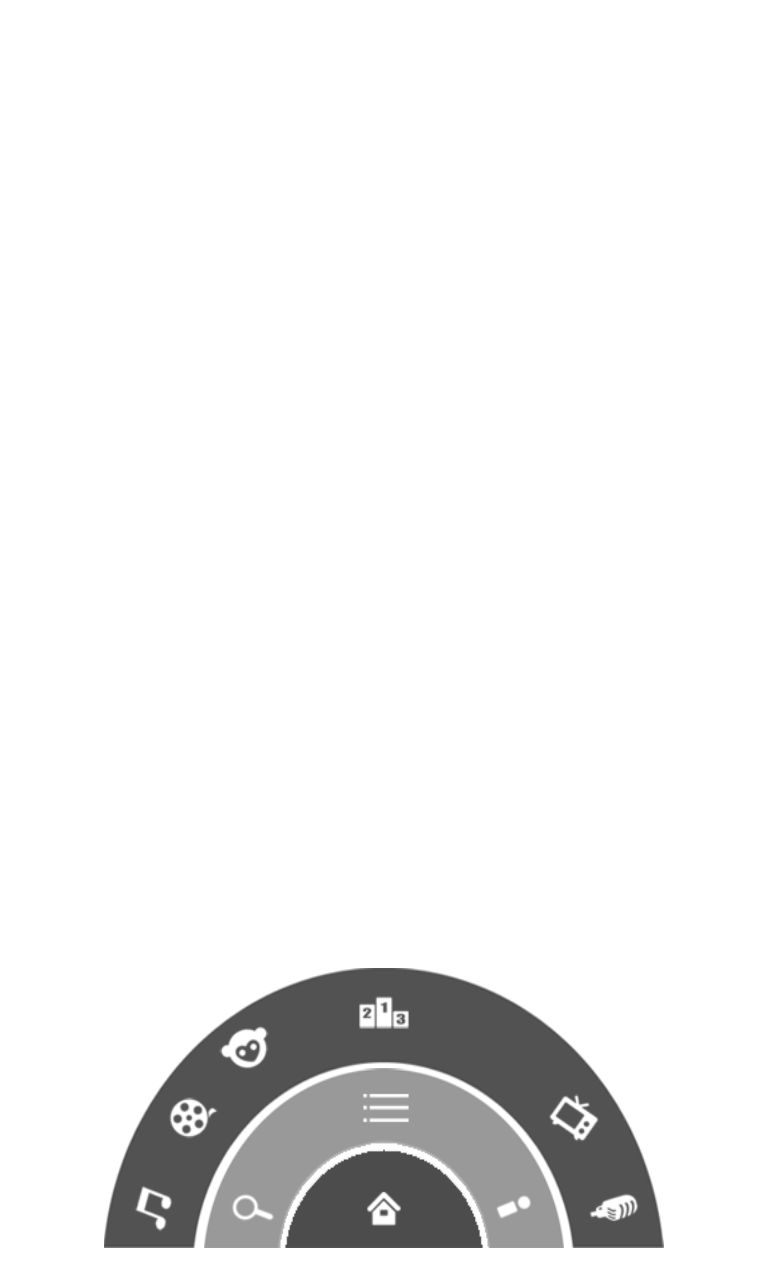
Repository: xfhy/Usually-learn-Android
Layout: 自定义控件/02_优酷菜单/res/layout/activity_main.xml
The author's editor kept a copy of each file at every save. The layout is drawn from the files as they stood at one save, then again after a run of saves.
It is drawn on a 768 x 1280 px phone screen (xhdpi) without system bars, with theme AppTheme; the app's code is not run. The app's manifest (not shown) leaves right-to-left support off. So textAlignment, textDirection and layoutDirection are ignored, and left and right values win over start and end ones.

Above is the layout before, as saved 2017-03-29 01:47:29.

After the next 2 saves:
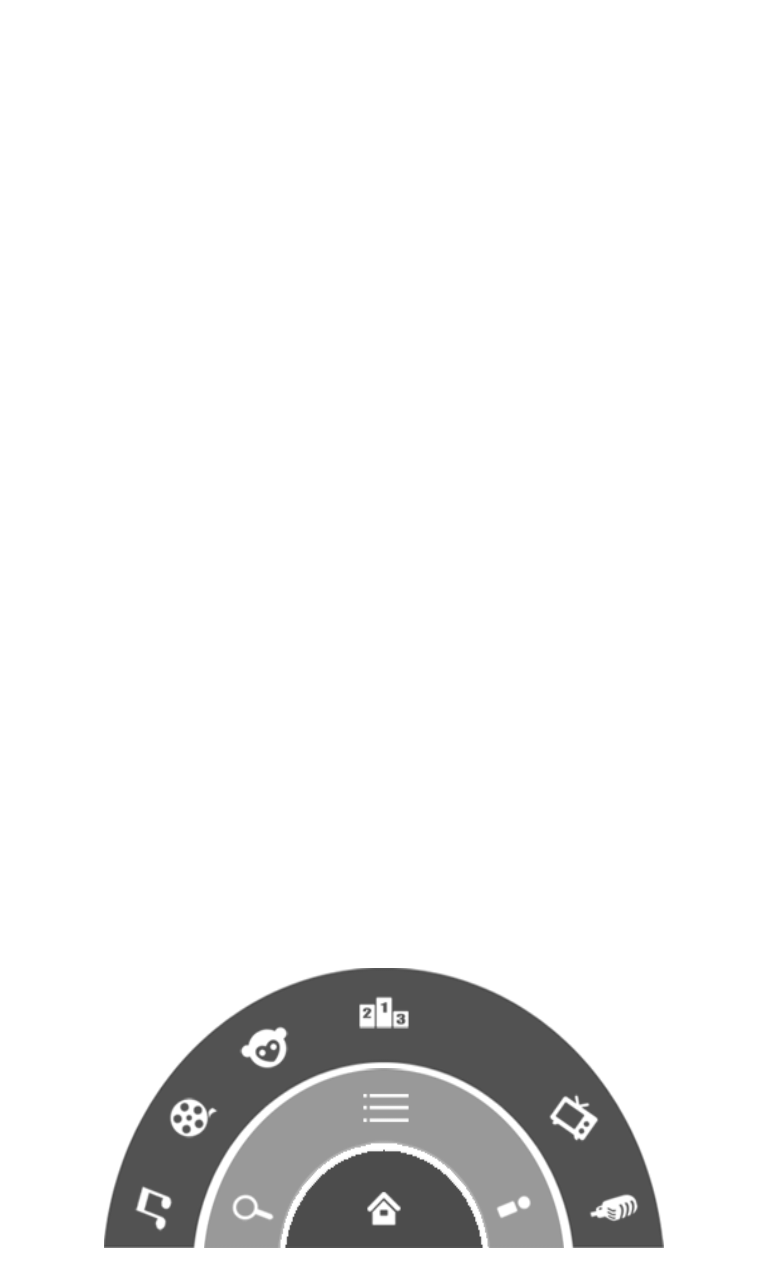
The 2 saves are shown as one change because they came seconds apart.
The last was saved 13 s later.
--- a/自定义控件/02_优酷菜单/res/layout/activity_main.xml
+++ b/自定义控件/02_优酷菜单/res/layout/activity_main.xml
@@ -113,7 +113,7 @@
 			android:layout_alignParentStart="true"
 			android:layout_alignParentTop="true"
 			android:layout_marginTop="25dp"
-			android:layout_marginStart="55dp"
+			android:layout_marginStart="65dp"
             android:src="@drawable/channel3"/>
 
         <ImageButton
